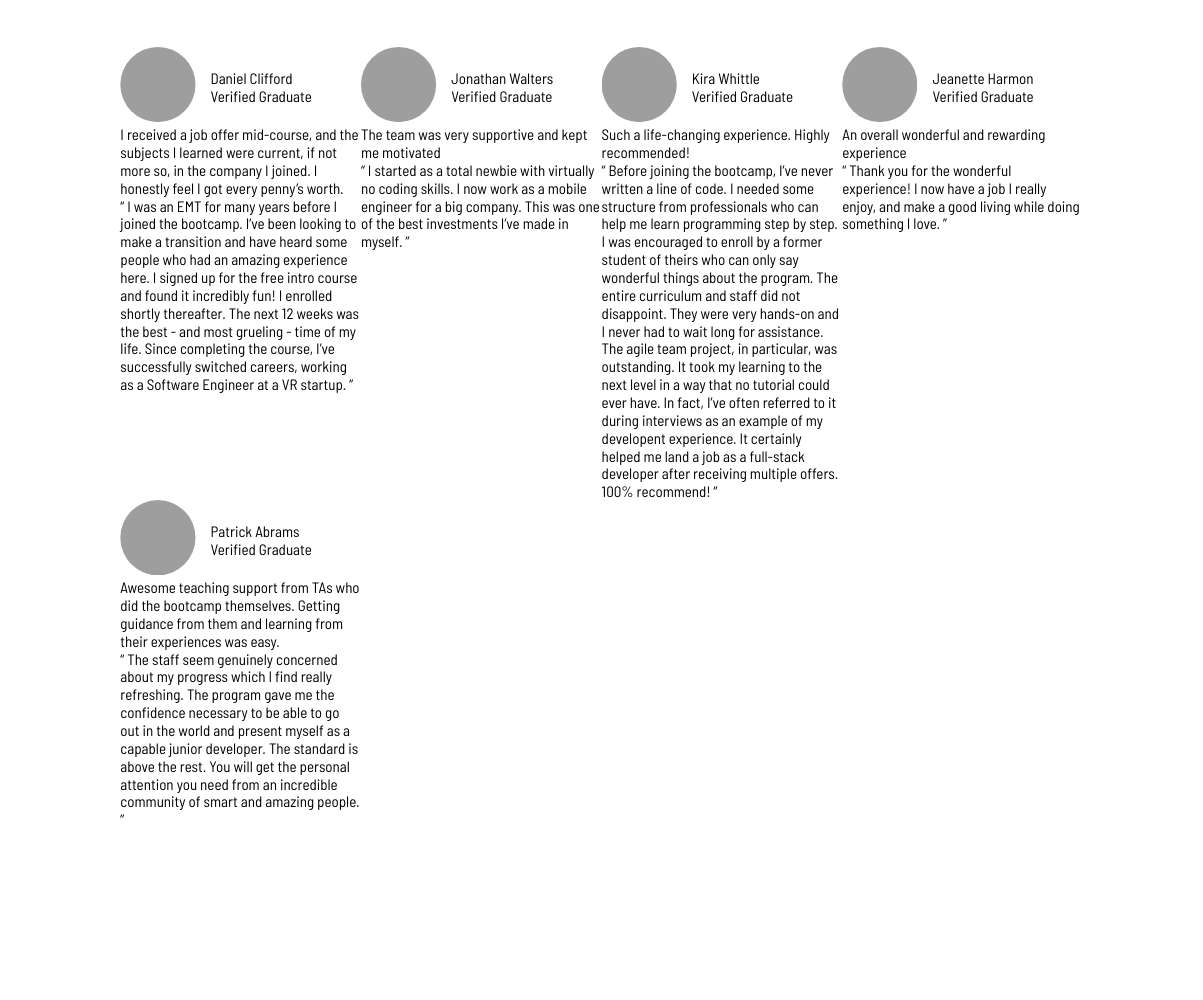
Repository: nptg3105/lab02-testimonials-grid
Page: index.html
An editor plug-in stored every save of this project. The page is shown before and after the next save, followed by the edit.
The browser window is 1280 px wide. The pictures show the whole page, at 94% of full size.
Pictures or frames that could not be fetched are drawn as grey boxes. The style sheet was rebuilt from its Sass, Less or Tailwind sources for each picture, by a compiler version that may differ from the author's.

Above is the page before, as saved 2021-12-08 05:29:44.

### index.html
<!DOCTYPE html>
<html lang="en">
  <head>
    <meta charset="UTF-8" />
    <meta http-equiv="X-UA-Compatible" content="IE=edge" />
    <meta name="viewport" content="width=device-width, initial-scale=1.0" />
    <title>Lab02 - Testimonials</title>
    <link rel="stylesheet" href="style.css" />
    <link
      href="https://fonts.googleapis.com/css2?family=Barlow+Semi+Condensed:wght@400;500;700&display=swap"
      rel="stylesheet"
    />
  </head>
  <body>
    <div class="container">
      <div class="testimonials">
        <div class="testimonials__item testimonials__item--violet">
          <div class="author">
            <div class="author__avatar">
              <img
                src="https://images.unsplash.com/photo-1570295999919-56ceb5ecca61?ixlib=rb-1.2.1&ixid=MnwxMjA3fDB8MHxzZWFyY2h8OHx8bWFufGVufDB8fDB8fA%3D%3D&auto=format&fit=crop&w=500&q=60"
                alt=""
              />
            </div>
            <div class="author__name">
              Daniel Clifford <br />
              Verified Graduate
            </div>
          </div>
          <div class="testimonials__heading">
            I received a job offer mid-course, and the subjects I learned were
            current, if not more so, in the company I joined. I honestly feel I
            got every penny’s worth.
          </div>
          <div class="testimonials__desc">
            “ I was an EMT for many years before I joined the bootcamp. I’ve
            been looking to make a transition and have heard some people who had
            an amazing experience here. I signed up for the free intro course
            and found it incredibly fun! I enrolled shortly thereafter. The next
            12 weeks was the best - and most grueling - time of my life. Since
            completing the course, I’ve successfully switched careers, working
            as a Software Engineer at a VR startup. ”
          </div>
        </div>
        <div class="testimonials__item testimonials__item--gray">
          <div class="author">
            <div class="author__avatar">
              <img
                src="https://images.unsplash.com/photo-1570295999919-56ceb5ecca61?ixlib=rb-1.2.1&ixid=MnwxMjA3fDB8MHxzZWFyY2h8OHx8bWFufGVufDB8fDB8fA%3D%3D&auto=format&fit=crop&w=500&q=60"
                alt=""
              />
            </div>
            <div class="author__name">
              Jonathan Walters <br />
              Verified Graduate
            </div>
          </div>
          <div class="testimonials__heading">
            The team was very supportive and kept me motivated
          </div>
          <div class="testimonials__desc">
            “ I started as a total newbie with virtually no coding skills. I now
            work as a mobile engineer for a big company. This was one of the
            best investments I’ve made in myself. ”
          </div>
        </div>
        <div class="testimonials__item testimonials__item--white">
          <div class="author">
            <div class="author__avatar">
              <img
                src="https://images.unsplash.com/photo-1570295999919-56ceb5ecca61?ixlib=rb-1.2.1&ixid=MnwxMjA3fDB8MHxzZWFyY2h8OHx8bWFufGVufDB8fDB8fA%3D%3D&auto=format&fit=crop&w=500&q=60"
                alt=""
              />
            </div>
            <div class="author__name">
              Kira Whittle <br />
              Verified Graduate
            </div>
          </div>
          <div class="testimonials__heading">
            Such a life-changing experience. Highly recommended!
          </div>
          <div class="testimonials__desc">
            “ Before joining the bootcamp, I’ve never written a line of code. I
            needed some structure from professionals who can help me learn
            programming step by step. I was encouraged to enroll by a former
            student of theirs who can only say wonderful things about the
            program. The entire curriculum and staff did not disappoint. They
            were very hands-on and I never had to wait long for assistance. The
            agile team project, in particular, was outstanding. It took my
            learning to the next level in a way that no tutorial could ever
            have. In fact, I’ve often referred to it during interviews as an
            example of my developent experience. It certainly helped me land a
            job as a full-stack developer after receiving multiple offers. 100%
            recommend! ”
          </div>
        </div>
        <div class="testimonials__item testimonials__item--white">
          <div class="author">
            <div class="author__avatar">
              <img
                src="https://images.unsplash.com/photo-1570295999919-56ceb5ecca61?ixlib=rb-1.2.1&ixid=MnwxMjA3fDB8MHxzZWFyY2h8OHx8bWFufGVufDB8fDB8fA%3D%3D&auto=format&fit=crop&w=500&q=60"
                alt=""
              />
            </div>
            <div class="author__name">
              Jeanette Harmon <br />
              Verified Graduate
            </div>
          </div>
          <div class="testimonials__heading">
            An overall wonderful and rewarding experience
          </div>
          <div class="testimonials__desc">
            “ Thank you for the wonderful experience! I now have a job I really
            enjoy, and make a good living while doing something I love. ”
          </div>
        </div>
        <div class="testimonials__item testimonials__item--black">
          <div class="author">
            <div class="author__avatar">
              <img
                src="https://images.unsplash.com/photo-1570295999919-56ceb5ecca61?ixlib=rb-1.2.1&ixid=MnwxMjA3fDB8MHxzZWFyY2h8OHx8bWFufGVufDB8fDB8fA%3D%3D&auto=format&fit=crop&w=500&q=60"
                alt=""
              />
            </div>
            <div class="author__name">
              Patrick Abrams <br />
              Verified Graduate
            </div>
          </div>
          <div class="testimonials__heading">
            Awesome teaching support from TAs who did the bootcamp themselves.
            Getting guidance from them and learning from their experiences was
            easy.
          </div>
          <div class="testimonials__desc">
            “ The staff seem genuinely concerned about my progress which I find
            really refreshing. The program gave me the confidence necessary to
            be able to go out in the world and present myself as a capable
            junior developer. The standard is above the rest. You will get the
            personal attention you need from an incredible community of smart
            and amazing people. ”
          </div>
        </div>
      </div>
    </div>
  </body>
</html>

### style.scss
$font-main:'Barlow Semi Condensed',
sans-serif;
$violet-color:#7541c8;
$grey-color: #48556a;
$light-grey-color: #cfcfcf;
$white-color: #fff;
$bg-color: #ecf2f8;

$black-color: #19212e;

* {
    box-sizing: border-box;
    margin: 0;
    padding: 0;
}

.container {
    max-width: 1024px;
    margin: 50px auto;
}

.testimonials {
    font-family: $font-main;
    display: grid;
    grid-template-columns: repeat(4, 1fr);
    grid-template-rows: repeat(2, 1fr);

    &__item {
        &--violet {
            background-color: #fff;
        }
    }
}

.author {
    display: flex;
    align-items: center;

    &__avatar {
        margin-right: 16px;

        img {
            object-fit: cover;
            width: 80px;
            height: 80px;
            border-radius: 50%;

        }
    }

}

After the next save:
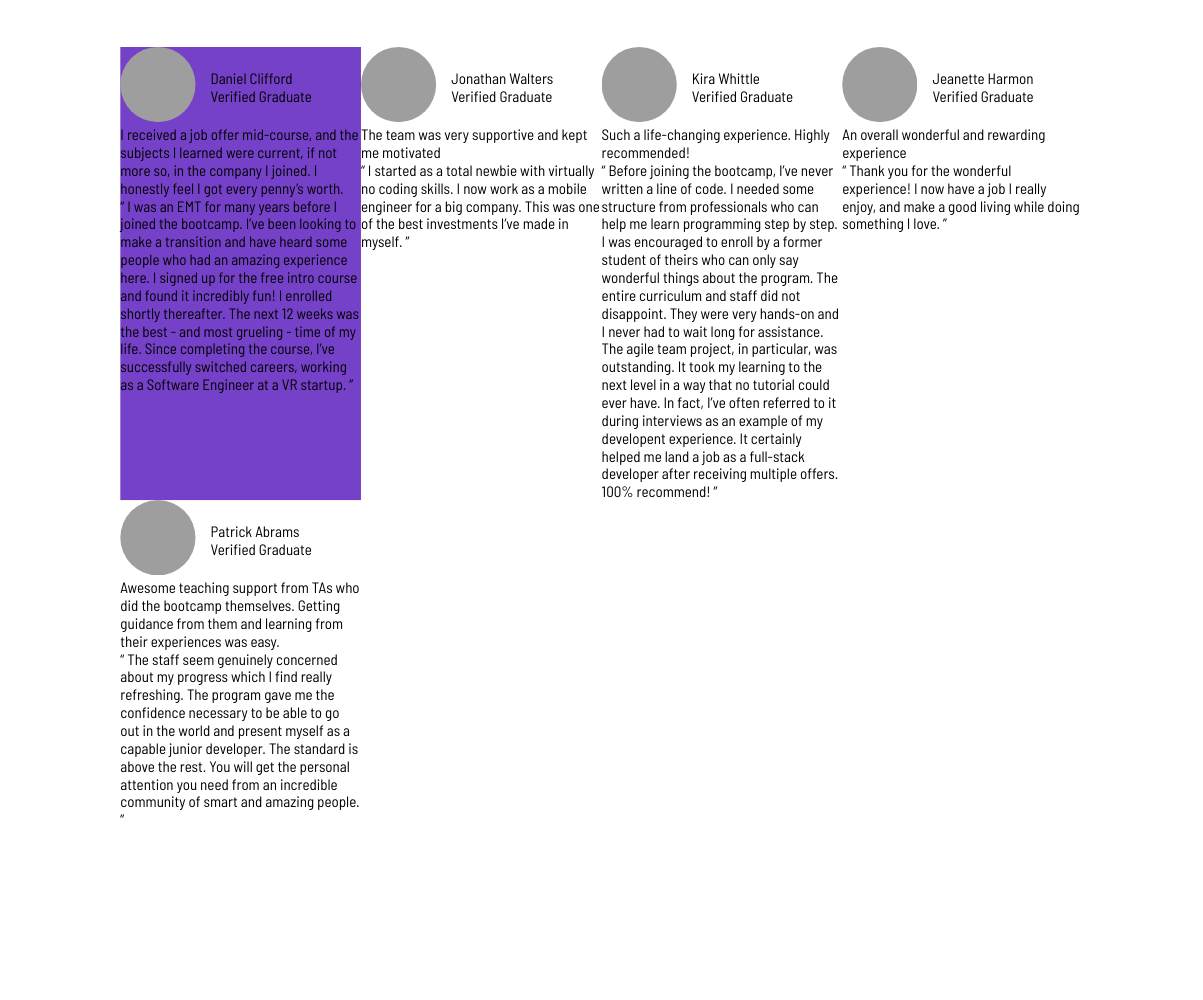
Saved 14 s later.
--- a/style.scss
+++ b/style.scss
@@ -5,7 +5,6 @@ $grey-color: #48556a;
 $light-grey-color: #cfcfcf;
 $white-color: #fff;
 $bg-color: #ecf2f8;
-
 $black-color: #19212e;
 
 * {
@@ -27,7 +26,7 @@ $black-color: #19212e;
 
     &__item {
         &--violet {
-            background-color: #fff;
+            background-color: $violet-color;
         }
     }
 }
